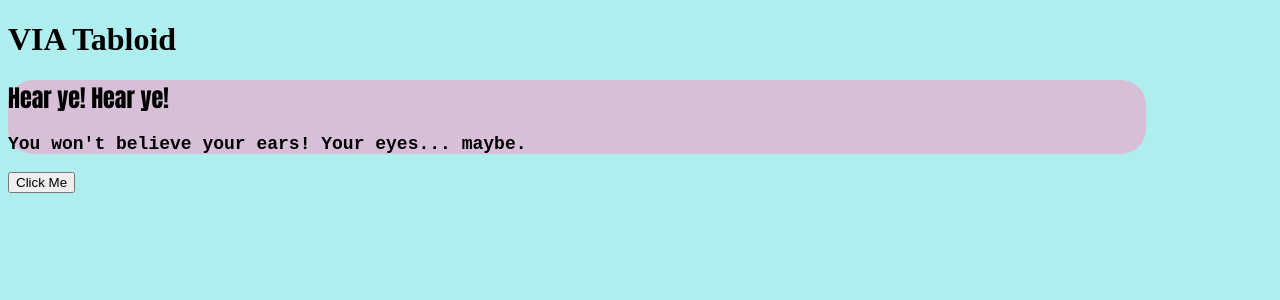
Repository: pimbp/doc_assign
Page: Frontend/index.html
These files come from the project's save history. The page is drawn as it stood at one moment and after the next save; the edit follows.
The browser window is 1280 px wide. The pictures show the whole page.

Above is the page before, as saved 2026-02-25 18:07:36.

After the next save:
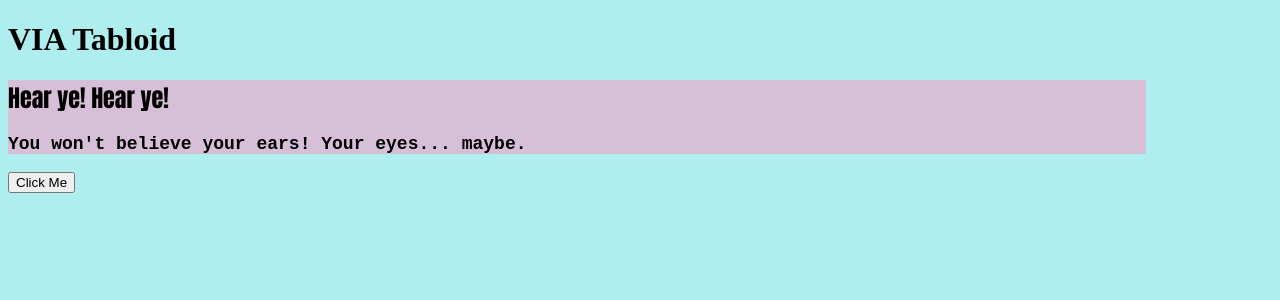
Saved 27 s later.
--- a/Frontend/style/fancy.css
+++ b/Frontend/style/fancy.css
@@ -7,7 +7,6 @@ body { background-color: paleturquoise; }
 
     max-width: 90%;
     background-color: thistle;
-    border-radius: 25px;
 }
 #sensational p {
     font-family: 'Courier New', Courier, monospace;
